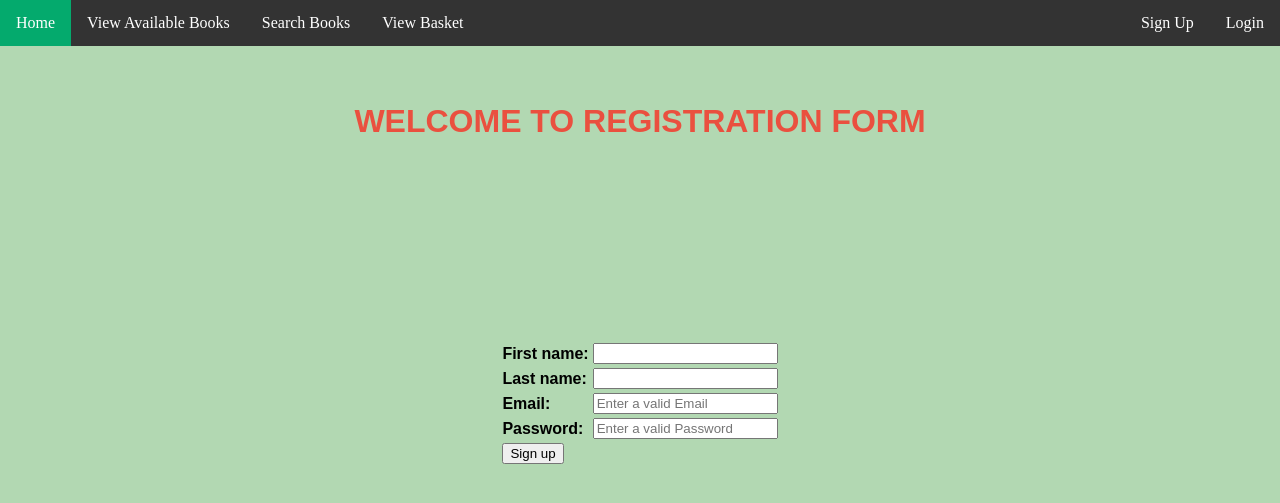
Repository: sach7691/original-book-store
Page: http://localhost/online-book-store-application/
An editor plug-in stored every save of this project. The page is shown before and after the next save, followed by the edit.
The browser window is 1280 px wide. The pictures show the whole page.
The page is served by Tomcat 9.

Above is the page before, as saved 2022-08-25 16:28:24.

After the next save:
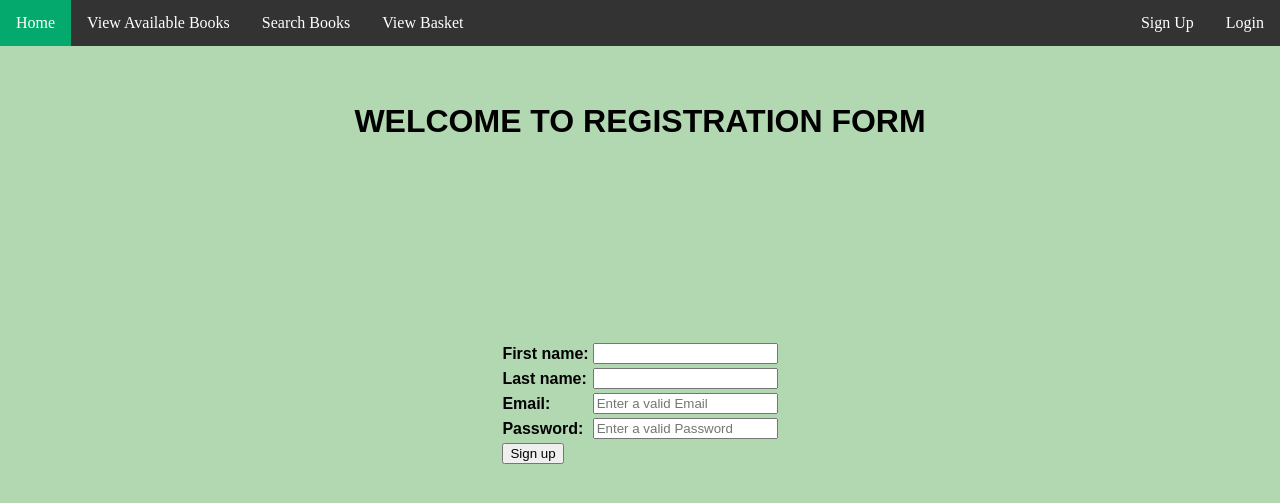
Saved 26 s later.
--- a/online-book-store-application/src/main/webapp/index.jsp
+++ b/online-book-store-application/src/main/webapp/index.jsp
@@ -17,7 +17,7 @@ body {margin: 0;
     background-color: light green
 }
  h1 {
-   color: #ea503f;
+   color: black;
    font-family: Arial;
    text-align: center
  }
@@ -26,9 +26,6 @@ body {margin: 0;
   margin-right: auto;
 }
 
-div.me{
-color: Black;
-}
 
 ul.topnav {
   list-style-type: none;
